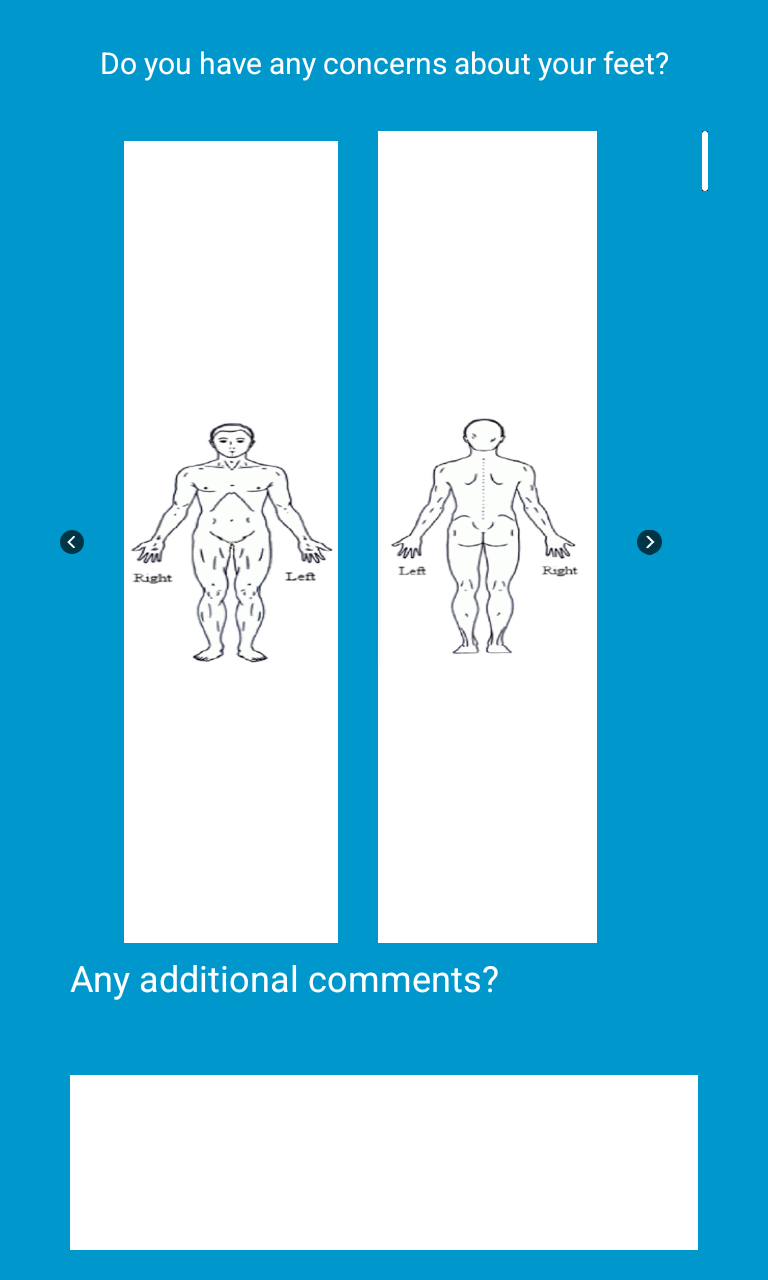
Repository: nanoweb12/GoodFeetAppNew
Layout: BodyTest/res/layout/body.xml
An editor plug-in stored every save of this project. The layout is shown before and after the next save, followed by the edit.
It is drawn on a 768 x 1280 px phone screen (xhdpi) without system bars, with theme AppTheme; the app's code is not run.

Above is the layout before, as saved 2015-02-17 09:42:34.

### BodyTest/res/layout/body.xml
<?xml version="1.0" encoding="utf-8"?>
<LinearLayout xmlns:android="http://schemas.android.com/apk/res/android"
    android:layout_width="match_parent"
    android:layout_height="match_parent"
    android:background="#0098cc"
    android:orientation="vertical"
    android:weightSum="100" >
<!-- <LinearLayout
        android:id="@+id/appicon"
        android:layout_width="match_parent"
        android:layout_height="0dp"
         android:layout_weight="15"
        android:background="#f3fafe"
        android:gravity="center"
        android:orientation="horizontal" >

        <ImageView
            android:layout_width="wrap_content"
            android:layout_marginTop="7dp"
            android:layout_marginBottom="7dp"
            android:layout_height="wrap_content"
            android:layout_gravity="center"
            android:scaleType="fitCenter"
            android:src="@drawable/logo3" />
    </LinearLayout> -->
    <TextView
        android:layout_width="match_parent"
        android:layout_height="0dp"
        android:layout_weight="10"
        android:gravity="center"
        android:text="Do you have any concerns about your feet?"
         android:singleLine="true"
        android:textColor="#ffffff"
        android:textSize="15sp" />

    <LinearLayout
        android:layout_width="match_parent"
        android:layout_height="0dp"
        android:layout_marginLeft="20dp"
        android:layout_marginRight="20dp"
        android:layout_marginTop="3dp"
        android:layout_weight="65"
        android:orientation="horizontal"
        android:weightSum="100" >
  <ImageView
        android:id="@+id/previous"
            android:layout_width="0dp"
            android:layout_height="match_parent"
            android:layout_marginTop="5dp"
            android:layout_marginLeft="10dp"
            android:layout_marginRight="10dp"
            android:layout_weight="5"

            android:scaleType="fitCenter"
            android:src="@drawable/left_arrow" />
        <ImageView
            android:layout_width="0dp"
            android:layout_height="match_parent"
            android:layout_marginTop="5dp"
            android:layout_marginLeft="10dp"
            android:layout_marginRight="10dp"
            android:layout_weight="44"
            android:background="#ffffff"
            android:scaleType="fitCenter"
            android:src="@drawable/body_1" />

        <ImageView
            android:layout_width="0dp"
            android:layout_height="match_parent"
            android:layout_marginLeft="10dp"
            android:layout_marginRight="10dp"
            android:layout_weight="45"
            android:background="#ffffff"
            android:scaleType="fitCenter"
            android:src="@drawable/body_2" />
          <ImageView
               android:id="@+id/next"
            android:layout_width="0dp"
            android:layout_height="match_parent"
            android:layout_marginTop="5dp"
            android:layout_marginLeft="10dp"
            android:layout_marginRight="10dp"
            android:layout_weight="5"

            android:scaleType="fitCenter"
            android:src="@drawable/right_arrow" />



            <ImageView
        android:id="@+id/imageView1"
        android:layout_width="wrap_content"
        android:layout_height="30dp"

            android:layout_marginLeft="10dp"
            android:layout_marginRight="10dp"
            android:layout_weight="1"
        android:background="#000000"
        android:src="@drawable/ash_arrow" />

    </LinearLayout>

    <TextView
        android:layout_width="match_parent"
        android:layout_height="0dp"
        android:layout_marginLeft="35dp"
        android:layout_marginTop="5dp"
        android:layout_weight="9"
        android:text="Any additional comments?"
         android:singleLine="true"
        android:textColor="#ffffff"
        android:textSize="18sp" />

    <EditText
        android:layout_width="match_parent"
        android:layout_height="0dp"
        android:layout_marginLeft="35dp"
        android:layout_marginRight="35dp"
        android:layout_marginTop="5dp"
        android:layout_marginBottom="2dp"
        android:layout_weight="14"
        android:background="#ffffff" />


  <!--   <Button
        android:id="@+id/submit"
        android:layout_width="wrap_content"
        android:layout_height="0dp"
        android:layout_marginLeft="35dp"
     	android:background="#565656"
        android:gravity="center_vertical"
        android:layout_marginTop="7dp"

        android:layout_weight="12"
        android:layout_marginBottom="7dp"
        android:text="Save"

        android:paddingLeft="9dp"
        android:textSize="20sp" /> -->

</LinearLayout>

### BodyTest/res/drawable-hdpi/ash_arrow.xml

    <shape xmlns:android="http://schemas.android.com/apk/res/android"
    android:shape="rectangle">
<solid android:color="#fff"/>

<stroke android:width="0dp"
        android:color="#ff000000"/>

<padding android:left="2dp"
         android:top="2dp"
         android:right="2dp"
         android:bottom="2dp"/>

<corners android:radius="30px"/>
   </shape>

Loaded but not shown: BodyTest/res/values/styles.xml (common file); BodyTest/res/values-v11/styles.xml (common file); BodyTest/res/values-v14/styles.xml (common file)

After the next save:
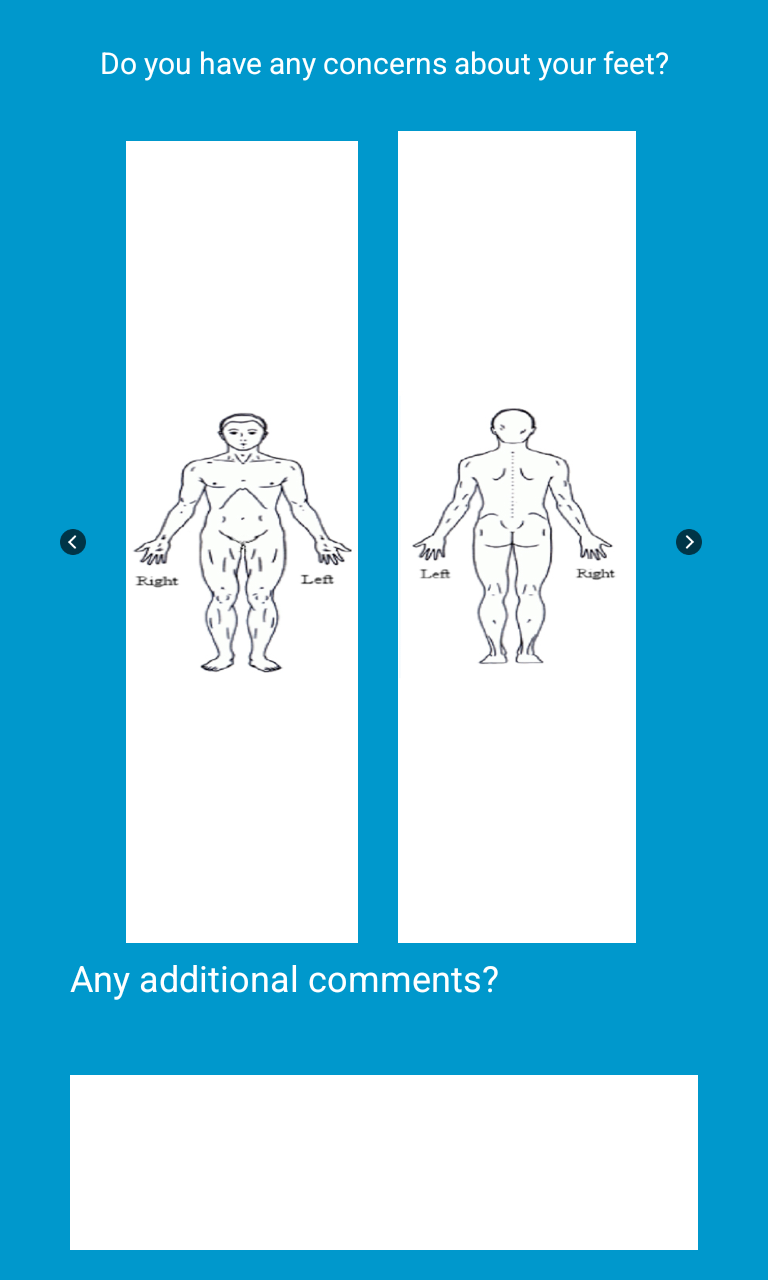
Saved 21 s later.
--- a/BodyTest/res/layout/body.xml
+++ b/BodyTest/res/layout/body.xml
@@ -87,16 +87,7 @@
 
 
 
-            <ImageView
-        android:id="@+id/imageView1"
-        android:layout_width="wrap_content"
-        android:layout_height="30dp"
 
-            android:layout_marginLeft="10dp"
-            android:layout_marginRight="10dp"
-            android:layout_weight="1"
-        android:background="#000000"
-        android:src="@drawable/ash_arrow" />
 
     </LinearLayout>
 
